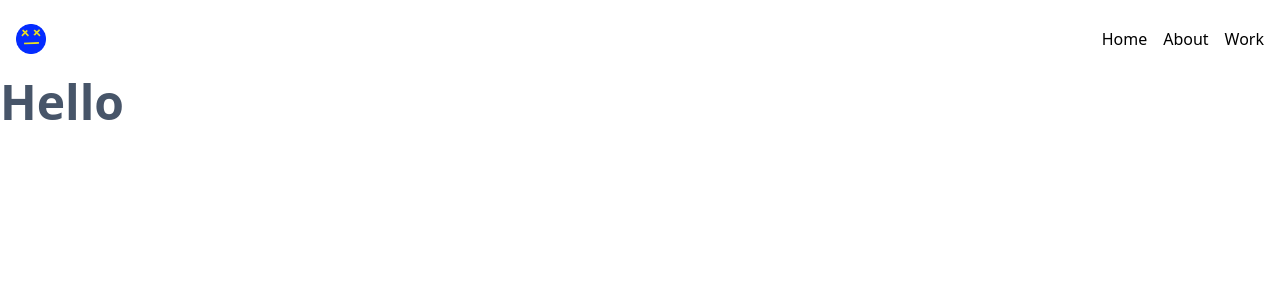
Repository: aaroncemery/aaroncemery-next
Page: /
These files come from the project's save history. The page is drawn as it stood at one moment and after the next save; the edit follows.
The browser window is 1280 px wide. The pictures show the whole page.
The project was rebuilt for these pictures with package versions that can differ from the ones it lists, and the page was loaded fresh each time. The framework's server and built-in components were replaced by stand-ins that run in the browser. Also part of the build but not shown: next.config.js.

Above is the page before, as saved 2022-06-13 17:01:37.

### pages/index.tsx
import type { NextPage } from 'next'
import { Fragment } from 'react'
import Image from 'next/image'
import NavIcon from '../public/nav-icon.png'

const Home: NextPage = () => {
  return (
    <Fragment>
      <nav className="container flex justify-between items-center px-4 py-6">
        <Image src={NavIcon} alt={'aaroncemery icon'} height={30} width={30} />
        <ul className="flex justify-between items-center gap-4">
          <li>Home</li>
          <li>About</li>
          <li>Work</li>
        </ul>
      </nav>
      <h1 className="font-sans text-5xl font-bold text-slate-600">Hello</h1>
    </Fragment>
  )
}

export default Home

Loaded but not shown: pages/_app.tsx (common file); styles/globals.css (common file); tailwind.config.js (common file)

After the next save:
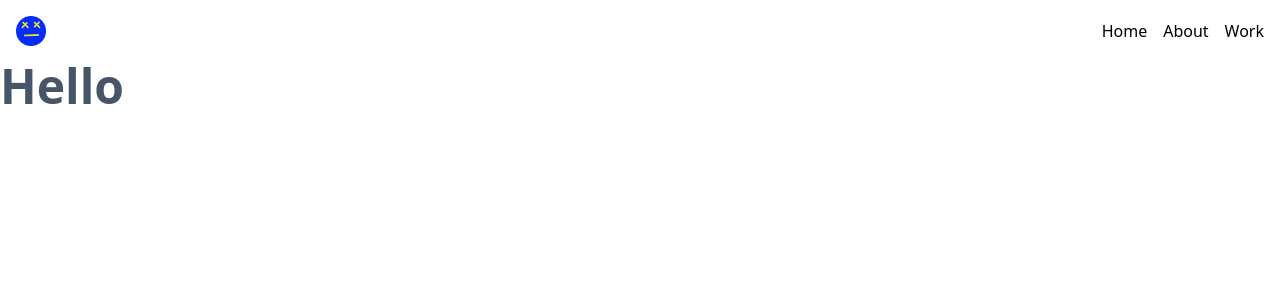
Saved 5 s later.
--- a/pages/index.tsx
+++ b/pages/index.tsx
@@ -6,7 +6,7 @@ import NavIcon from '../public/nav-icon.png'
 const Home: NextPage = () => {
   return (
     <Fragment>
-      <nav className="container flex justify-between items-center px-4 py-6">
+      <nav className="container flex justify-between items-center px-4 py-4">
         <Image src={NavIcon} alt={'aaroncemery icon'} height={30} width={30} />
         <ul className="flex justify-between items-center gap-4">
           <li>Home</li>
